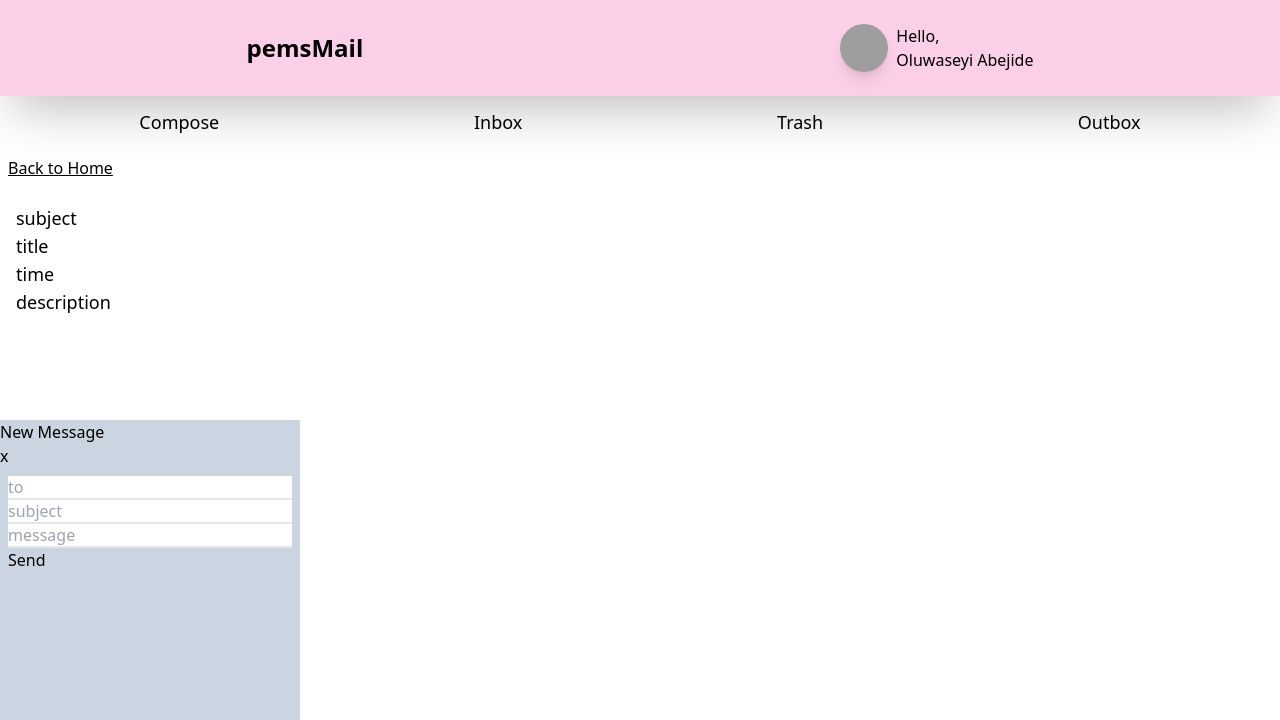
Repository: Semanmernstack/mailclone
Page: /mail
The author's editor kept a copy of each file at every save. The page is drawn from the files as they stood at one save, then again after the next save.
The browser window is 1280 px wide. The pictures show the whole page.
Pictures or frames that could not be fetched are drawn as grey boxes. The project was rebuilt for these pictures with package versions that can differ from the ones it lists, and the page was loaded fresh each time. Also part of the build but not shown: src/features/counter/Counter.module.css, src/features/counter/Counter.js, src/OpenRow.js, src/Open.js.

Above is the page before, as saved 2023-01-16 04:04:34.

### src/App.js
import React from 'react';

import { Counter } from './features/counter/Counter';
import Header from './Header';
import {
  BrowserRouter,
  Routes,
  Route,
} from "react-router-dom";
import Open from './Open';
import Topbar from './Topbar';
import Mail from './Mail';
import SendMail from './SendMail';


function App() {
  return (
    <div className="h-screen relative">

      <BrowserRouter>

        <Header/>
        <Topbar/>
        <Routes>
        <Route exact path="mail" element={<Mail/>} />
          <Route exact path="/" element={<Open/>} />
        </Routes>
        <SendMail/>
      </BrowserRouter>

    </div>
  );
}

export default App;

### src/features/counter/counterSlice.js
import { createAsyncThunk, createSlice } from '@reduxjs/toolkit';
import { fetchCount } from './counterAPI';

const initialState = {
  value: 0,
  status: 'idle',
};

// The function below is called a thunk and allows us to perform async logic. It
// can be dispatched like a regular action: `dispatch(incrementAsync(10))`. This
// will call the thunk with the `dispatch` function as the first argument. Async
// code can then be executed and other actions can be dispatched. Thunks are
// typically used to make async requests.
export const incrementAsync = createAsyncThunk(
  'counter/fetchCount',
  async (amount) => {
    const response = await fetchCount(amount);
    // The value we return becomes the `fulfilled` action payload
    return response.data;
  }
);

export const counterSlice = createSlice({
  name: 'counter',
  initialState,
  // The `reducers` field lets us define reducers and generate associated actions
  reducers: {
    increment: (state) => {
      // Redux Toolkit allows us to write "mutating" logic in reducers. It
      // doesn't actually mutate the state because it uses the Immer library,
      // which detects changes to a "draft state" and produces a brand new
      // immutable state based off those changes
      state.value += 1;
    },
    decrement: (state) => {
      state.value -= 1;
    },
    // Use the PayloadAction type to declare the contents of `action.payload`
    incrementByAmount: (state, action) => {
      state.value += action.payload;
    },
  },
  // The `extraReducers` field lets the slice handle actions defined elsewhere,
  // including actions generated by createAsyncThunk or in other slices.
  extraReducers: (builder) => {
    builder
      .addCase(incrementAsync.pending, (state) => {
        state.status = 'loading';
      })
      .addCase(incrementAsync.fulfilled, (state, action) => {
        state.status = 'idle';
        state.value += action.payload;
      });
  },
});

export const { increment, decrement, incrementByAmount } = counterSlice.actions;

// The function below is called a selector and allows us to select a value from
// the state. Selectors can also be defined inline where they're used instead of
// in the slice file. For example: `useSelector((state: RootState) => state.counter.value)`
export const selectCount = (state) => state.counter.value;

// We can also write thunks by hand, which may contain both sync and async logic.
// Here's an example of conditionally dispatching actions based on current state.
export const incrementIfOdd = (amount) => (dispatch, getState) => {
  const currentValue = selectCount(getState());
  if (currentValue % 2 === 1) {
    dispatch(incrementByAmount(amount));
  }
};

export default counterSlice.reducer;

### src/Header.js
import React from 'react'

function Header() {
  return (
    <div className="flex items-center justify-around p-2     h-24 bg-pink-200 border-b-pink-800 shadow-2xl">
        <div>
            <h1 className="text-lg md:text-2xl font-semibold">pemsMail</h1>

        </div>
        <div className="flex items-center justify-evenly">

            <img className="h-12 w-12 rounded-full shadow-lg" src="https://cdn.pixabay.com/photo/2022/12/01/12/26/countryside-7629017__340.jpg" alt="pic" />
            <div className="ml-2">
                <p>Hello,</p>
                <p>Oluwaseyi Abejide</p>
            </div>
        </div>
    </div>
  )
}

export default Header

### src/Topbar.js
import React from 'react'

function Topbar() {
  return (
    <div className="flex items-center justify-around text-lg p-3">
        <div className='hover:underline hover:text-red-900 hover:text-2xl'>
            <p>Compose</p>
        </div>
        <div className='hover:underline hover:text-red-900 hover:text-2xl'>
            <p>Inbox</p>
        </div>
        <div className='hover:underline hover:text-red-900 hover:text-2xl'>
            <p>Trash</p>
        </div>
        <div className='hover:underline hover:text-red-900 hover:text-2xl'>
            <p>Outbox</p>
        </div>
    </div>
  )
}

export default Topbar

### src/Mail.js
import React from 'react'

function Mail() {
  return (
    <div className="flex flex-col">
        <div>
            <p className='p-2 cursor-pointer  hover:text-rose-900 underline'>Back to Home</p>
        </div>
        <div className="flex flex-col text-lg p-4 ">
           <div>
                <p>subject</p>
                <p>title</p>
                <p>time</p>

            </div>
            <div>
                <p>description</p>
            </div>

        </div>
    </div>
  )
}

export default Mail

### src/SendMail.js
import React from 'react'
import { useForm } from "react-hook-form";

function SendMail() {
    const { register, handleSubmit, formState: { errors } } = useForm();
    const onSubmit = (formData) => {}
  return (
    <div className=" flex absolute bottom-0 flex-col max-width-[350px] h-[300px] w-[300px] bg-slate-300">
            <div className=" ">
                <h3>New Message</h3>
                <button   >x</button>
            </div>
            <form onSubmit={handleSubmit(onSubmit)} className="flex flex-col p-2 " >
                <input type="emails"
                    placeholder='to'
                    className='h-7 border-b-2 flex-1 '

                    {...register("to", { required: true })}

                />
                {errors.to && <p className=''>To is Requred</p>}

                <input type="text"
                    placeholder='subject'
                    className='h-7 border-b-2 flex-1 '

                    {...register("subject", { required: true })}

                />
                {errors.subject && <p className=''>Subject is Requred</p>}


                <input type="text"
                    placeholder='message'
                    className='h-7 border-b-2 flex-1 '

                    {...register("message", { required: true })}
                />
                {errors.message && <p className=''>message is Requred</p>}


                <div className="">
                    <button>Send</button>
                </div>
            </form>

        </div>
  )
}

export default SendMail

Loaded but not shown: public/index.html (common file); src/index.js (common file); src/app/store.js (common file); src/reportWebVitals.js (common file); src/index.css (common file); src/features/counter/counterAPI.js (common file); tailwind.config.js (common file)

After the next save:
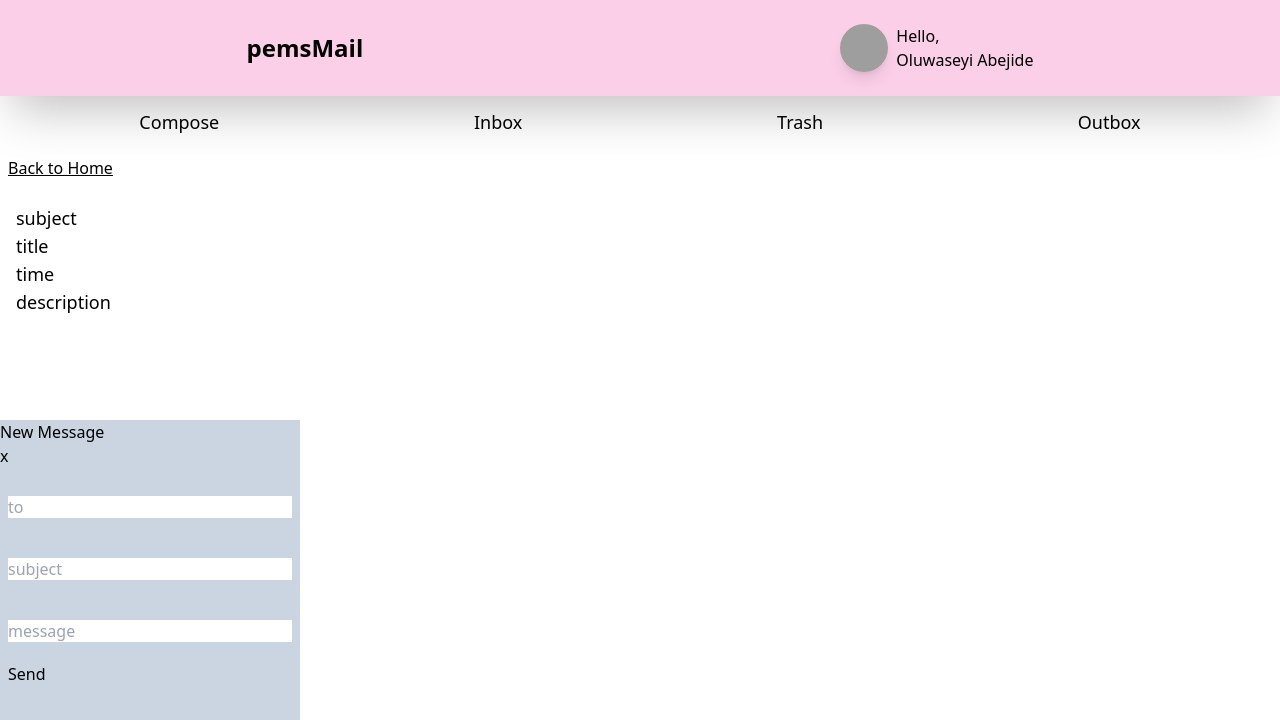
Saved 108 s later.
--- a/src/SendMail.js
+++ b/src/SendMail.js
@@ -13,7 +13,7 @@ function SendMail() {
             <form onSubmit={handleSubmit(onSubmit)} className="flex flex-col p-2 " >
                 <input type="emails"
                     placeholder='to'
-                    className='h-7 border-b-2 flex-1 '
+                    className='h-7 border-b-2 flex-1 my-5 border-none outline-none hover:bg-pink-600 '
 
                     {...register("to", { required: true })}
 
@@ -22,7 +22,7 @@ function SendMail() {
 
                 <input type="text"
                     placeholder='subject'
-                    className='h-7 border-b-2 flex-1 '
+                    className='h-7 border-b-2 flex-1 my-5 border-none outline-none hover:bg-pink-600 '
 
                     {...register("subject", { required: true })}
 
@@ -32,7 +32,7 @@ function SendMail() {
 
                 <input type="text"
                     placeholder='message'
-                    className='h-7 border-b-2 flex-1 '
+                    className='h-7 border-b-2 flex-1 my-5 border-none outline-none hover:bg-pink-600 '
 
                     {...register("message", { required: true })}
                 />
